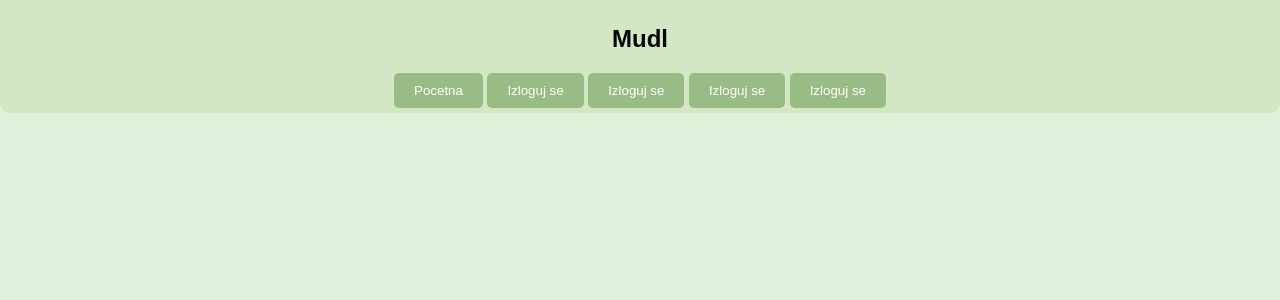
Repository: MarkoKillin/RazvojInformacionihSistemaProjekat
Page: http://localhost/MudlWeb/headers/admin_header.jsp
These files come from the project's save history. The page is drawn as it stood at one moment and after the next save; the edit follows.
The browser window is 1280 px wide. The pictures show the whole page.
The page is served by Tomcat 10. Other server files are loaded and not shown.

Above is the page before, as saved 2024-01-28 17:30:59.

### MudlWeb/src/main/webapp/headers/admin_header.jsp
<%@ page language="java" contentType="text/html; charset=UTF-8"
	pageEncoding="UTF-8"%>
<!DOCTYPE html>
<html lang="en">
<head>
<meta charset="UTF-8">
<meta name="viewport" content="width=device-width, initial-scale=1.0">
<title>Admin Mudl</title>
<link rel="stylesheet" type="text/css"
	href="${pageContext.request.contextPath}/css/styles.css">
</head>
<body>

	<header>
		<h2>Mudl</h2>
		<a href="/Mudl/admin/home"><button>Pocetna</button></a>
		<a href="/Mudl/logout"><button>Izloguj se</button></a>
		<a href="/Mudl/logout"><button>Izloguj se</button></a>
		<a href="/Mudl/logout"><button>Izloguj se</button></a>
		<a href="/Mudl/logout"><button>Izloguj se</button></a>

	</header>

</body>
</html>

### MudlWeb/src/main/webapp/css/styles.css
@charset "UTF-8";

:root {
	--primary-color: #E1F0DA;
	--secondary-color: #D4E7C5;
	--accent-color: #BFD8AF;
	--highlight-color: #99BC85;
}

body {
	font-family: 'Arial', sans-serif;
	background-color: var(--primary-color);
	color: black;
	height: 100vh;
	margin: 0%;
}

header {
	background-color: var(--secondary-color);
	padding: 5px;
	text-align: center;
	border-bottom-left-radius: 10px;
	border-bottom-right-radius: 10px;
}

footer {
	background-color: var(--secondary-color);
	padding: 10px;
	text-align: center;
	position: fixed;
	bottom: 0;
	width: 100%;
}


button {
	background-color: var(--highlight-color);
	color: white;
	padding: 10px 20px;
	border: none;
	border-radius: 5px;
	cursor: pointer;

}

button:hover {
	background-color: var(--primary-color);
	color: black;
}

After the next save:
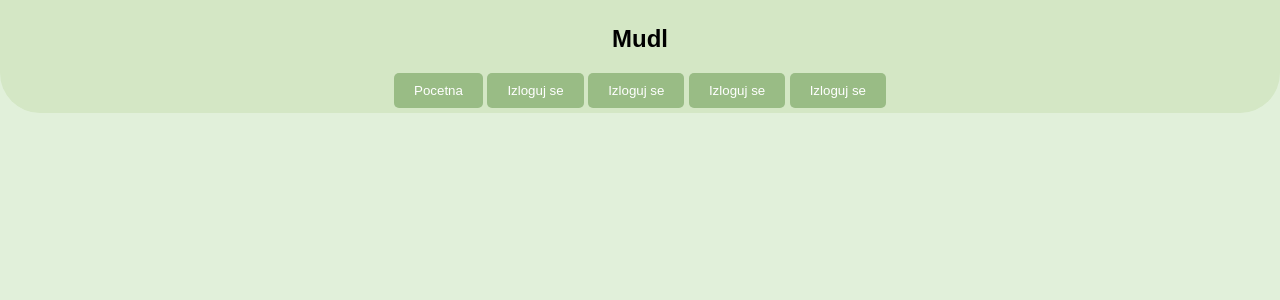
Saved 15 s later.
--- a/MudlWeb/src/main/webapp/css/styles.css
+++ b/MudlWeb/src/main/webapp/css/styles.css
@@ -19,8 +19,8 @@ header {
 	background-color: var(--secondary-color);
 	padding: 5px;
 	text-align: center;
-	border-bottom-left-radius: 10px;
-	border-bottom-right-radius: 10px;
+	border-bottom-left-radius: 40px;
+	border-bottom-right-radius: 40px;
 }
 
 footer {
